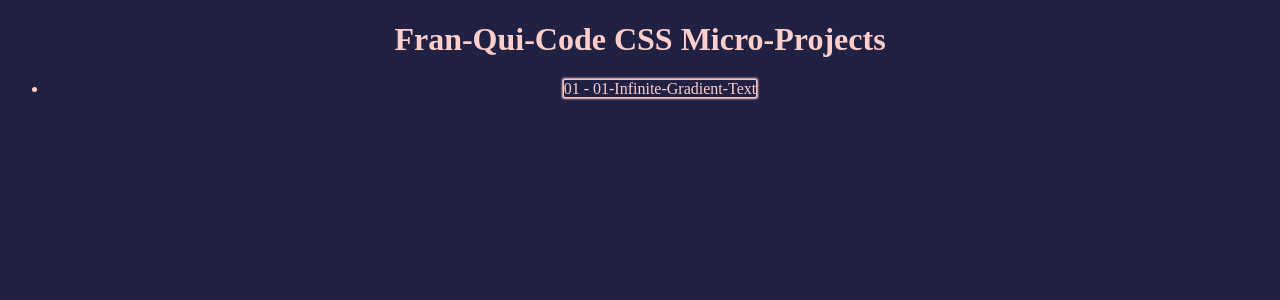
Repository: Francois-QUICODE/CSS-Micro-Projects
Page: index.html
The author's editor kept a copy of each file at every save. The page is drawn from the files as they stood at one save, then again after the next save.
The browser window is 1280 px wide. The pictures show the whole page.

Above is the page before, as saved 2020-11-28 00:07:00.

### index.html
<!DOCTYPE html>
<html lang="en">
  <head>
    <meta charset="UTF-8" />
    <title>Fran-Qui-Code CSS Micro-Projects</title>
  </head>
  <body>
    <h1>Fran-Qui-Code CSS Micro-Projects</h1>

    <ul>
      <li>
        <a href="/Projects/01-Infinite-Gradient-Text.html"
          >01 - 01-Infinite-Gradient-Text</a
        >
      </li>
    </ul>

    <style>
      body {
        background-color: #212144;
        color: #ffcfcc;
        text-align: center;
      }

      a,
      a:visited {
        color: #ffcfcc;
        text-decoration: none;
        border-radius: 1px;
        box-shadow: 0 0 2px 2px;
        margin: 3px;
      }
    </style>
  </body>
</html>

After the next save:
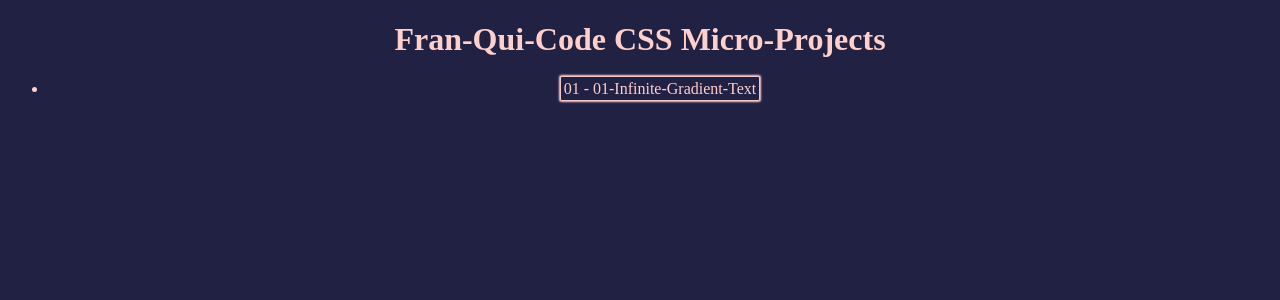
Saved 10 s later.
--- a/index.html
+++ b/index.html
@@ -28,7 +28,7 @@
         text-decoration: none;
         border-radius: 1px;
         box-shadow: 0 0 2px 2px;
-        margin: 3px;
+        padding: 3px;
       }
     </style>
   </body>
